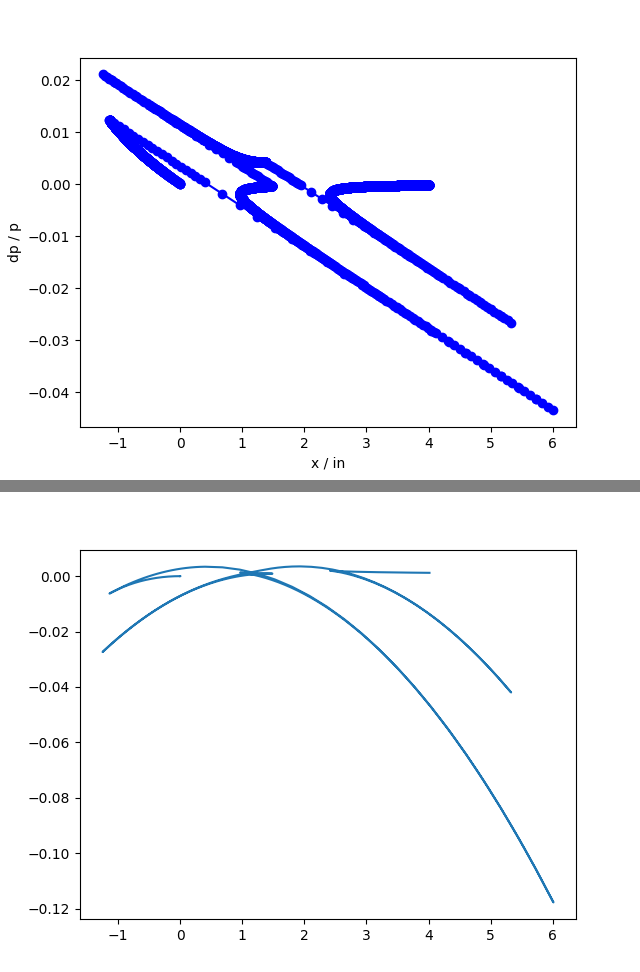
Repository: leiradom/Modified-linear-theory
Script's output: python 3_Shock_correction.py
These files come from the project's save history. The script's output is drawn as it stood at one moment and after the next save; the edit follows.
Each picture stacks the figures in order, with grey between them; figures that are only written to a file come last. Random numbers start from a fixed seed.

Above is the script's output before, as saved 2021-04-17 23:56:15.

### 3_Shock_correction.py
'''
激波修正
本程序用于修正激波的非线性扭曲效应，修正方法为HB方法
'''

import math
import numpy as np
import matplotlib.pyplot as plt

pressure = np.loadtxt("model1_1.26_h18_P.txt",dtype=np.float64)   #存放未修正的压力信号
a = len(pressure)                                              #未加点时的点数

X = np.ones(a,dtype=np.float64)     #存放x的数组 用于加点用的横坐标数组
Y = np.ones(a,dtype=np.float64)     #存放y的数组 用于加点用的纵坐标数组
X1 = np.zeros(1,dtype=np.float64)
Y1 = np.zeros(1,dtype=np.float64)
b0 = 20                             #每一个 较大的距离之间增加的点数
x0 = np.zeros(b0+1,dtype=np.float64)
y0 = np.zeros(b0+1,dtype=np.float64)

#先将未修正压力信号存入X,Y中
for i in range(0,a):
    c = pressure[i][0]
    d = pressure[i][1]
    #ca = cau[i][1]
    X[i] = c
    Y[i] = d
'''
#没问题
X0 = X
Y0 = Y
'''

#------------1先找出第一个强间断的地方,已经核实，l0没有问题
for i0 in range(0,a-1):
    if(math.sqrt((X[i0+1] - X[i0])**2 + (Y[i0+1] - Y[i0])**2) >0.3):   #1.3
    #if((X[i+1] - X[i]) * (Y[i+1] - Y[i])):
        #px = i0                            #记录此时的i
        #print(px,X[i0])
        l00 = math.sqrt((X[i0+1] - X[i0])**2 + (Y[i0+1] - Y[i0])**2)
        l0 = l00 / 20                     #判断是否要插值的距离 只要大于20倍的最大距离，就要增加点数
        #h0 = ((X[i0+1] - X[i0])/(b0))
        #k0 = ((Y[i0+1] - Y[i0])/(X[i0+1] - X[i0]))  #两点间的斜率
        '''
        #x0[0] = X[i0]
        #y0[0] = Y[i0]
        for j in range(1,b0):
            x0[j] = x0[j-1] + h0
            y0[j] = y0[j-1] + k0 * (x0[j] - x0[j-1])
            print(x0[j],y0[j])
        for k in range(1,b0):
            X = np.insert(X,i0+k,x0[k])
            Y = np.insert(Y,i0+k,y0[k])
        #print(Y[i0]+k0*h0)
        '''
        break
#------------print(l00) #检验是不是，验证了，就是

#print(l0)


#2---------------------给距离较大的地方都进行加点
for i in range(0,a-1):
    #li = math.sqrt((X[i+1] - X[i])**2 + (Y[i+1] - Y[i])**2)
    k0 = ((Y[i+1] - Y[i])/(X[i+1] - X[i]))  #两点间的斜率
    h0 = ((X[i+1] - X[i])/(b0))   #每一个都离散成b个点
    x0[0] = X[i]
    X1 = np.append(X1,x0[0])
    y0[0] = Y[i]
    Y1 = np.append(Y1,y0[0])
    for j in range(1,b0):
        x0[j] = x0[j-1] + h0
        X1 = np.append(X1,x0[j])
        y0[j] = y0[j-1] + k0 * (x0[j] - x0[j-1])
        Y1 = np.append(Y1,y0[j])
    #X1 = np.append(X1,x0)
    #Y1 = np.append(Y1,y0)
    #print(a)
    #p0 = i

a0 = (len(X1))

#-------积分部分----------
F = np.ones(a0, dtype=np.float64)
F[0] = 0
F[a-1] = 0
s = 0
for i in range(0,a0-1):
    #if(X[i+1]>X[i]):
    s0 = 0.5 * (X1[i+1] - X1[i]) * (Y1[i+1] + Y1[i])
    #s0 = (((Y0[j+1] + Y0[j]) * (X[j + 1] - X[j])) / (2))    #第(j+1)个梯形的面积
    s = s0 + s    #S为最后的积分
    F[i+1] = s    #是i+1不是i
    #print(X[i],Y[i])
    #if(X[i+1]<X[i])
#------积分部分-----------

#-------输出加点效果----------
print("加点前点数：",len(pressure),"加点后点数：",len(X))
#plt.scatter(X0,Y0,c='r')
plt.xlabel("x / in")
plt.ylabel("dp / p")
plt.plot(X1,Y1,'-o',c='b')
plt.show()

#--------积分图像作图---------
plt.plot(X1,F)
plt.show()

Loaded but not shown: model1_1.26_h18_P.txt (698 lines, source omitted); model1_2.01_h10.txt (698 lines, source omitted)

After the next save:
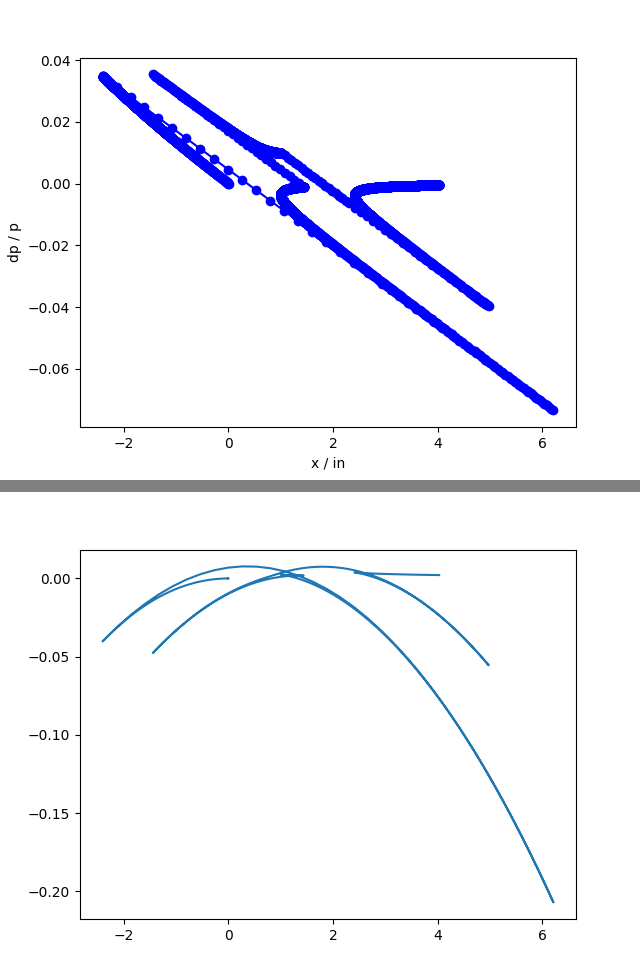
Saved 21 s later.
--- a/3_Shock_correction.py
+++ b/3_Shock_correction.py
@@ -7,7 +7,7 @@ import math
 import numpy as np
 import matplotlib.pyplot as plt
 
-pressure = np.loadtxt("model1_1.26_h18_P.txt",dtype=np.float64)   #存放未修正的压力信号
+pressure = np.loadtxt("model1_2.01_h10.txt",dtype=np.float64)   #存放未修正的压力信号
 a = len(pressure)                                              #未加点时的点数
 
 X = np.ones(a,dtype=np.float64)     #存放x的数组 用于加点用的横坐标数组
